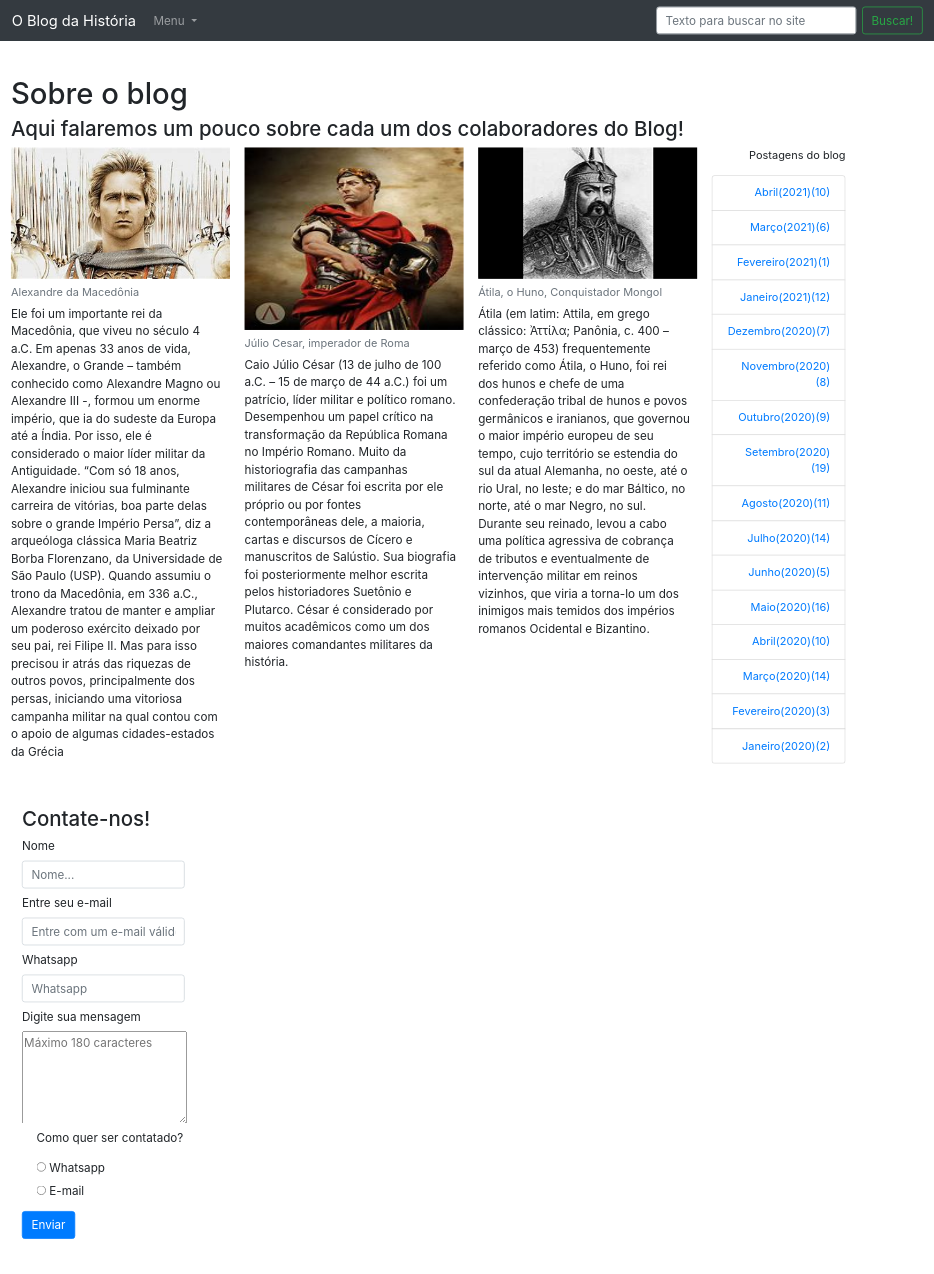
Repository: xhenrique/blog_layout_bootstrap
Page: source/sobre.html
These files come from the project's save history. The page is drawn as it stood at one moment and after the next save; the edit follows.
The browser window is 1280 px wide. The pictures show the whole page, at 73% of full size.

Above is the page before, as saved 2021-04-25 16:58:19.

After the next save:
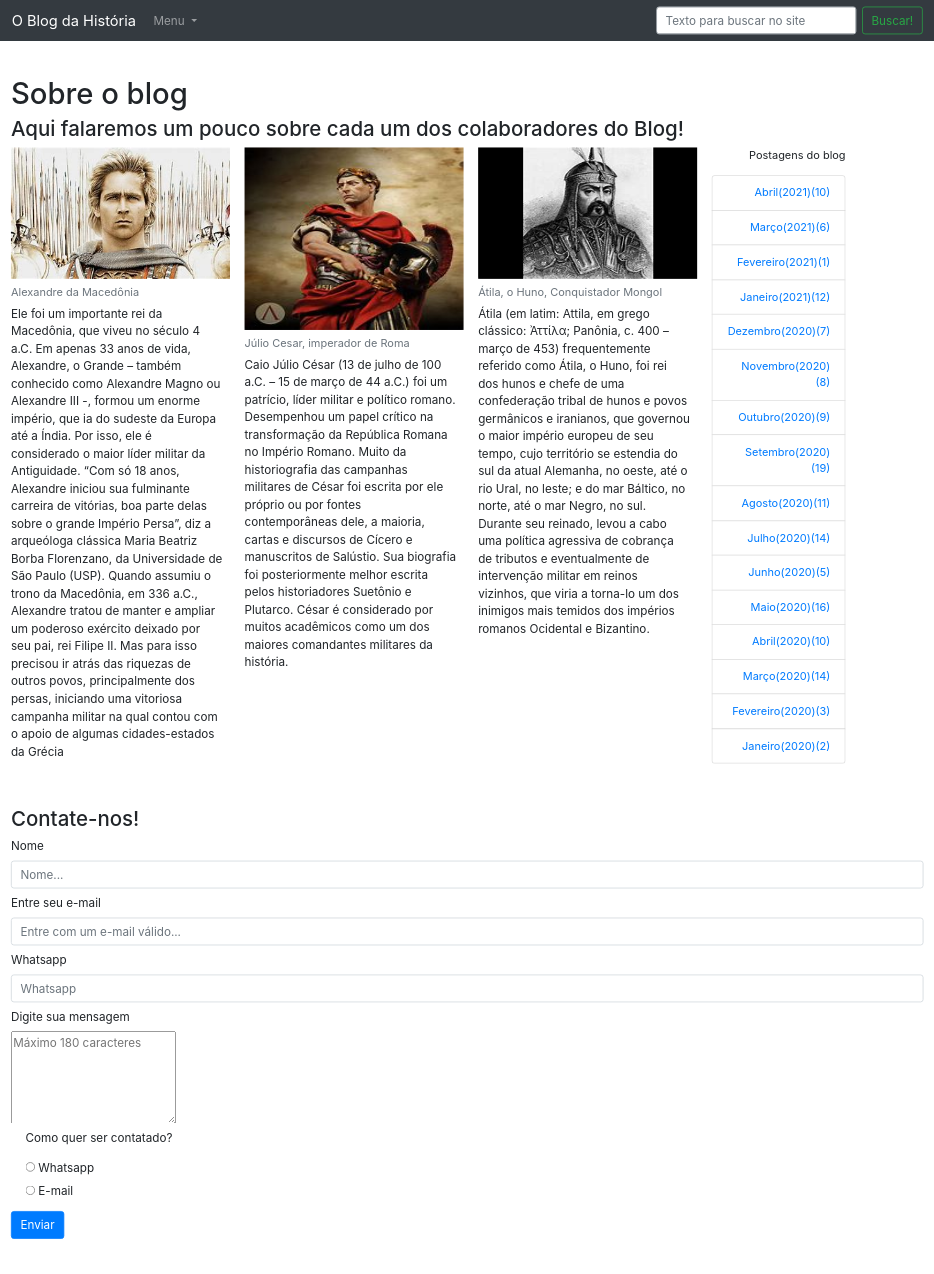
Saved 43 s later.
--- a/source/sobre.html
+++ b/source/sobre.html
@@ -97,47 +97,41 @@
                     </div>
                 </div>
         </div>
-        <div class="container-fluid" id="contatoContainer">
-            <div class="row">
-                <form>
-                    <div class="col-md-10">
-                        <br/>
-                        <br/>
+            <form>
+                <br/>
+                <br/>
 
-                        <h3>
-                            Contate-nos!
-                        </h3>
-                        <div class="mb-2">
-                            <label for="nameInput" class="form-label">Nome</label>
-                            <input type="text" placeholder="Nome..." class="form-control" id="nameInput" widht="100%"  required>
-                        </div>
-                        <div class="mb-2">
-                            <label for="inputEmail" class="form-label">Entre seu e-mail</label>
-                            <input type="email" placeholder="Entre com um e-mail válido..." class="form-control" id="inputEmail"  required>
-                        </div>
-                        <div class="mb-2">
-                            <label for="wppInput" class="form-label">Whatsapp</label>
-                            <input type="tel" placeholder="Whatsapp" class="form-control" id="wppInput">
-                        </div>
-                        <div class="mb-2">
-                            <label for="msgInput" class="form-label">Digite sua mensagem</label>
-                            <textarea type="text" placeholder="Máximo 180 caracteres" maxlength="180" class="form-inline" id="msgInput" rows="5"></textarea>
-                        </div>
-                        <div class="mb-2 form-check">
-                            <p>Como quer ser contatado?</p>
-                            <input type="radio" id="wpp" name="whatsapp" value="Whatsapp">
-                            <label for="wpp">Whatsapp</label><br>
-                            <input type="radio" id="e-mail" name="email" value="E-mail">
-                            <label for="e-mail">E-mail</label><br>
-                        </div>
-                        <button class="btn btn-primary" type="submit" aria-label="btnSubmmit">Enviar</button>
-                        <br>
-                        <br>
-                        <br>
-                    </div>
-                </form>
-            </div>
-        </div>
+                <h3>
+                    Contate-nos!
+                </h3>
+                <div class="mb-2">
+                    <label for="nameInput" class="form-label">Nome</label>
+                    <input type="text" placeholder="Nome..." class="form-control" id="nameInput"  required>
+                </div>
+                <div class="mb-2">
+                    <label for="inputEmail" class="form-label">Entre seu e-mail</label>
+                    <input type="email" placeholder="Entre com um e-mail válido..." class="form-control" id="inputEmail"  required>
+                </div>
+                <div class="mb-2">
+                    <label for="wppInput" class="form-label">Whatsapp</label>
+                    <input type="tel" placeholder="Whatsapp" class="form-control" id="wppInput">
+                </div>
+                <div class="mb-2">
+                    <label for="msgInput" class="form-label">Digite sua mensagem</label>
+                    <textarea type="text" placeholder="Máximo 180 caracteres" maxlength="180" class="form-inline" id="msgInput" rows="5"></textarea>
+                </div>
+                <div class="mb-2 form-check">
+                    <p>Como quer ser contatado?</p>
+                    <input type="radio" id="wpp" name="whatsapp" value="Whatsapp">
+                    <label for="wpp">Whatsapp</label><br>
+                    <input type="radio" id="e-mail" name="email" value="E-mail">
+                    <label for="e-mail">E-mail</label><br>
+                </div>
+                <button class="btn btn-primary" type="submit" aria-label="btnSubmmit">Enviar</button>
+                <br>
+                <br>
+                <br>
+            </form>
     </div>
 
 
